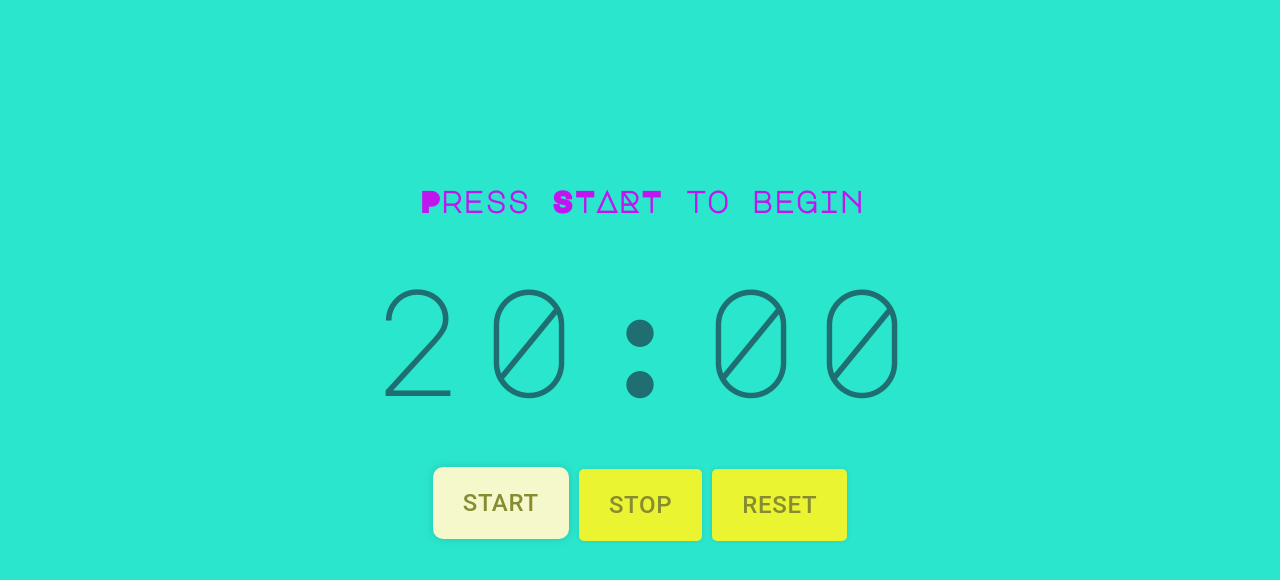
Repository: realistmccoy/pomodoro
Page: /
The author's editor kept a copy of each file at every save. The page is drawn from the files as they stood at one save, then again after the next save.
The browser window is 1280 px wide. The pictures show the whole page.
The pointer rests on the first visible `.buttons button`.
The project was rebuilt for these pictures with package versions that can differ from the ones it lists, and the page was loaded fresh each time.

Above is the page before, as saved 2020-12-10 01:02:14.

After the next save:
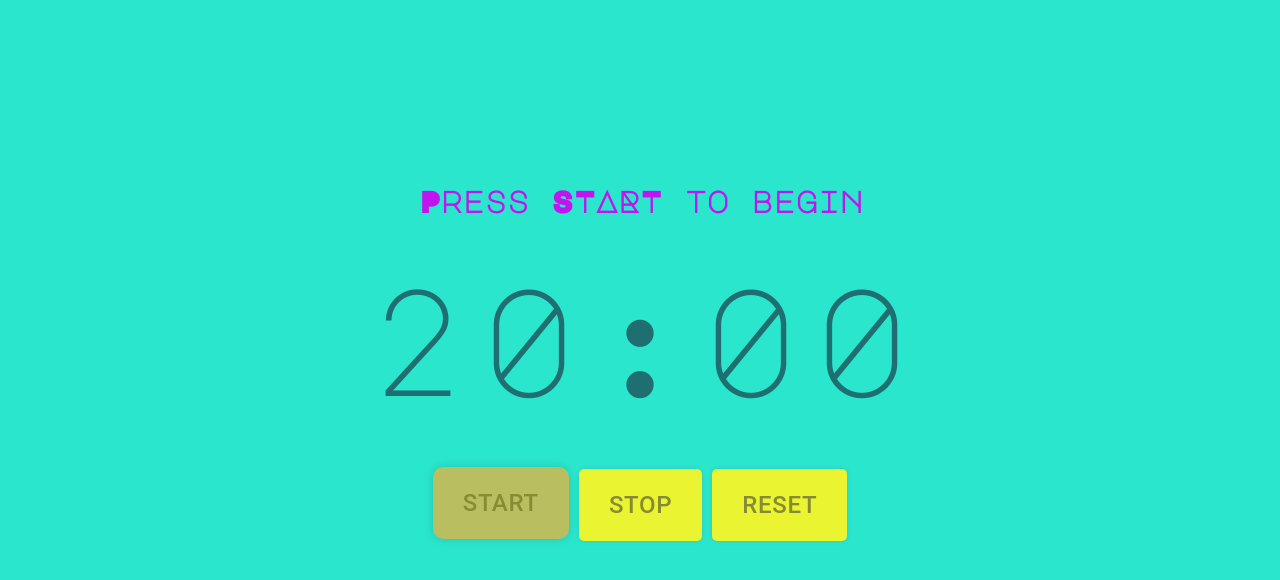
Saved 21 s later.
--- a/src/App.css
+++ b/src/App.css
@@ -51,7 +51,7 @@ h2 {
 
 .buttons button:hover {
   border-radius: 10px;
-  background: #f5f8ca;
+  background: #b9bf61;
   box-shadow: 0 0 10px rgba(0, 0, 0, 0.15);
   transform: translateY(-2px);
 }
